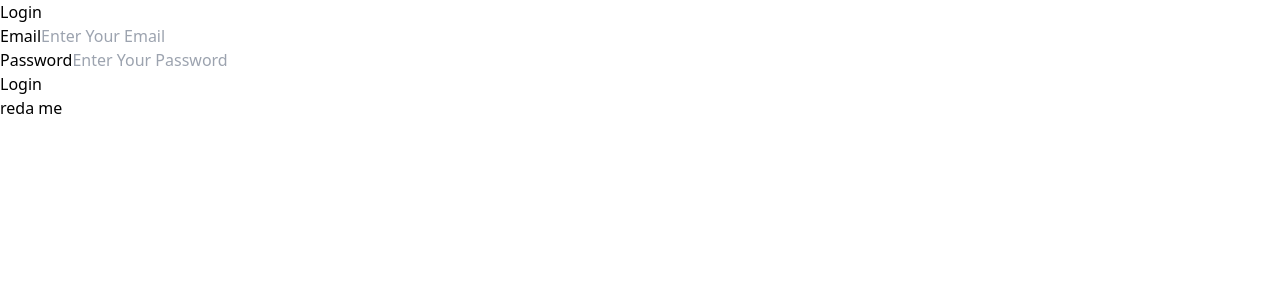
Repository: mk694/stepperForm
Page: /login
An editor plug-in stored every save of this project. The page is shown before and after a run of saves, followed by the edit.
The browser window is 1280 px wide. The pictures show the whole page.
The project was rebuilt for these pictures with package versions that can differ from the ones it lists, and the page was loaded fresh each time. The framework's server and built-in components were replaced by stand-ins that run in the browser. Also part of the build but not shown: next.config.js.

Above is the page before, as saved 2022-04-29 04:45:04.

After the next 4 saves:
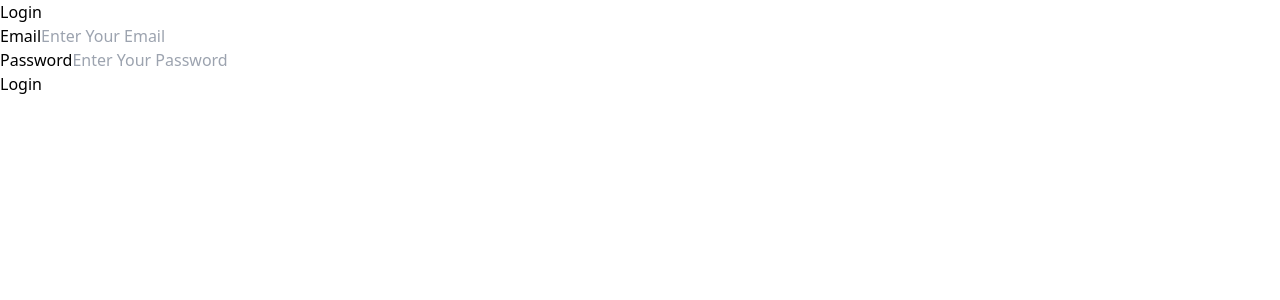
The 4 saves are shown as one change because they came seconds apart.
The last was saved 18 s later.
--- a/pages/login.js
+++ b/pages/login.js
@@ -77,7 +77,7 @@ function login() {
               Login
             </button>
             <p className="text-sm border-2 text-red-500 bg-red-500/10 text-center">
-              reda me
+              {err}
             </p>
           </div>
         </div>
